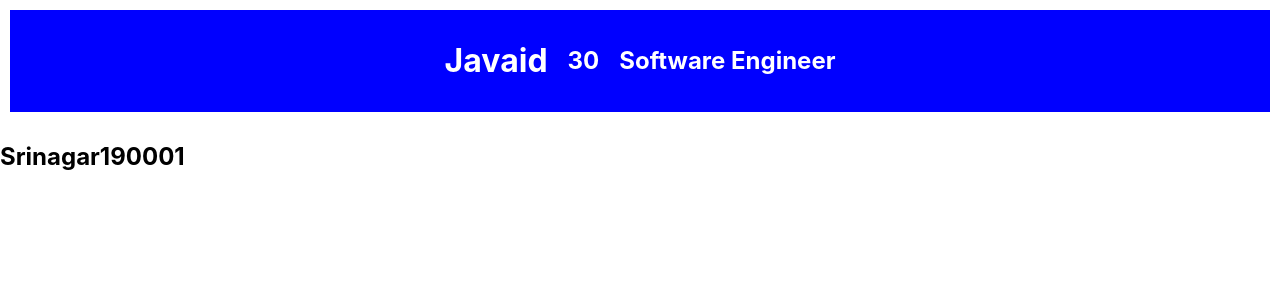
Repository: JavaidAhmadKhan/framer-motion-reacr
Page: /
The author's editor kept a copy of each file at every save. The page is drawn from the files as they stood at one save, then again after the next save.
The browser window is 1280 px wide. The pictures show the whole page.
The project was rebuilt for these pictures with package versions that can differ from the ones it lists, and the page was loaded fresh each time.

Above is the page before, as saved 2022-05-19 17:23:31.

After the next save:
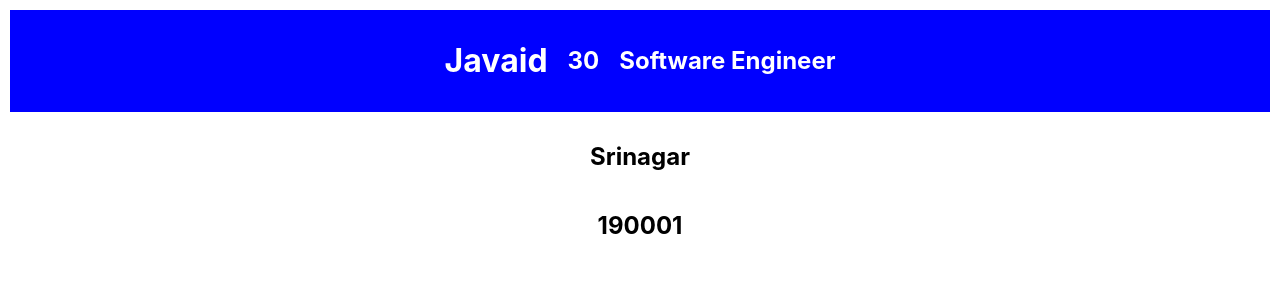
Saved 5 s later.
--- a/src/App.js
+++ b/src/App.js
@@ -37,7 +37,7 @@ class App extends Component {
           <h2>{this.state.age}</h2>
           <h2>{this.state.profession}</h2>
         </div>
-        <div style={{ display: "flex", flexDirection: "row" }}>
+        <div style={{ display: "flex", flexDirection: "column" }}>
           <h2>{this.state.address.city}</h2>
           <h2>{this.state.address.pincode}</h2>
         </div>
